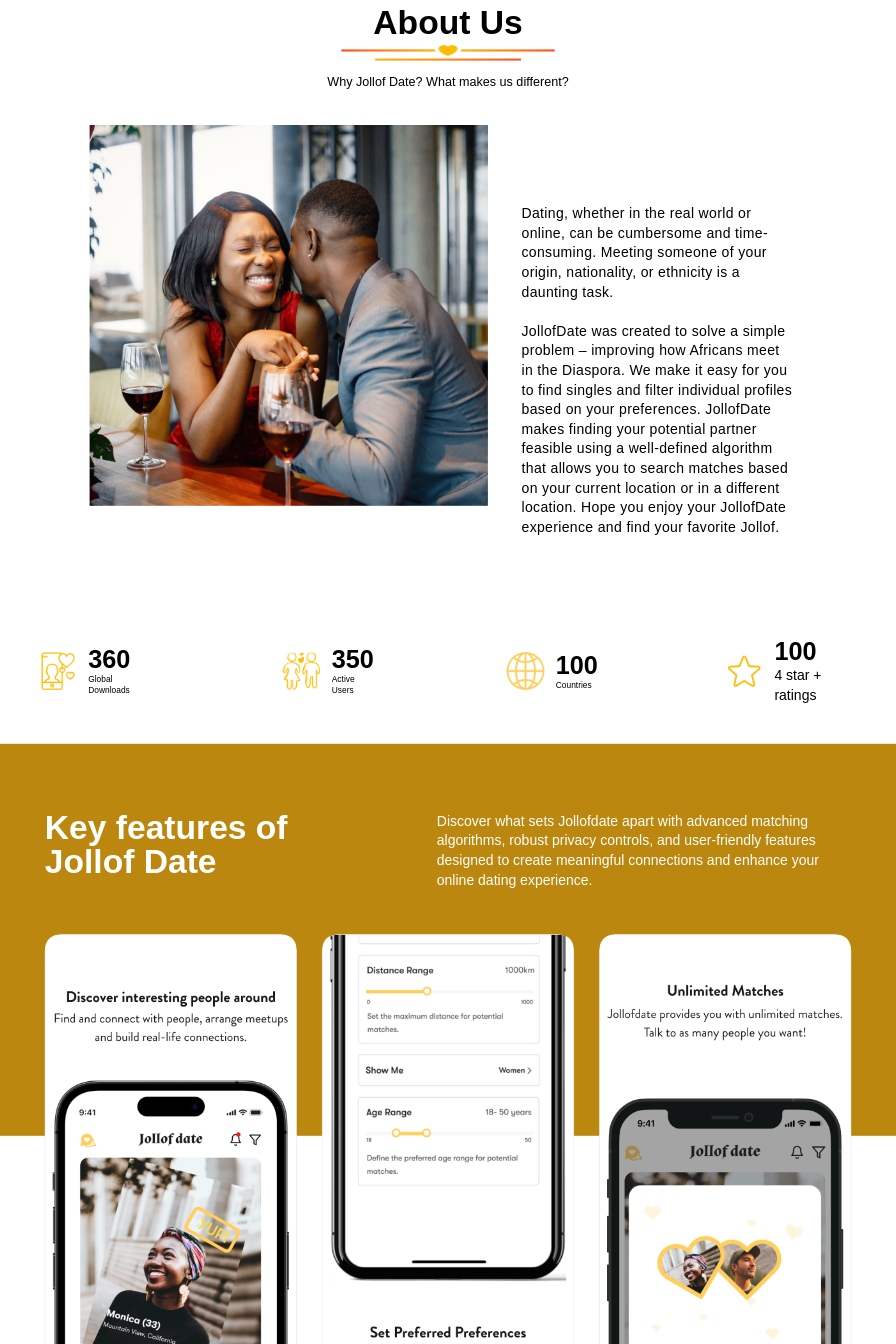
Repository: FarhanNasiru/jollofdate-frontend
Page: /
These files come from the project's save history. The page is drawn as it stood at one moment and after the next save; the edit follows.
The browser window is 1280 px wide. The pictures show the part of the page from y = 1071 to 2991 px (the page is 7448 px tall), at 70% of full size.
Some web fonts or font styles are not loaded; a fallback is used. The project was rebuilt for these pictures with package versions that can differ from the ones it lists, and the page was loaded fresh each time. Also part of the build but not shown: vite.config.js, src/Pages/Footer2.jsx, src/components/Header2.jsx, src/Pages/privacy.jsx, src/Pages/Term.jsx.

Above is the page before, as saved 2024-08-20 09:42:06.

After the next save:
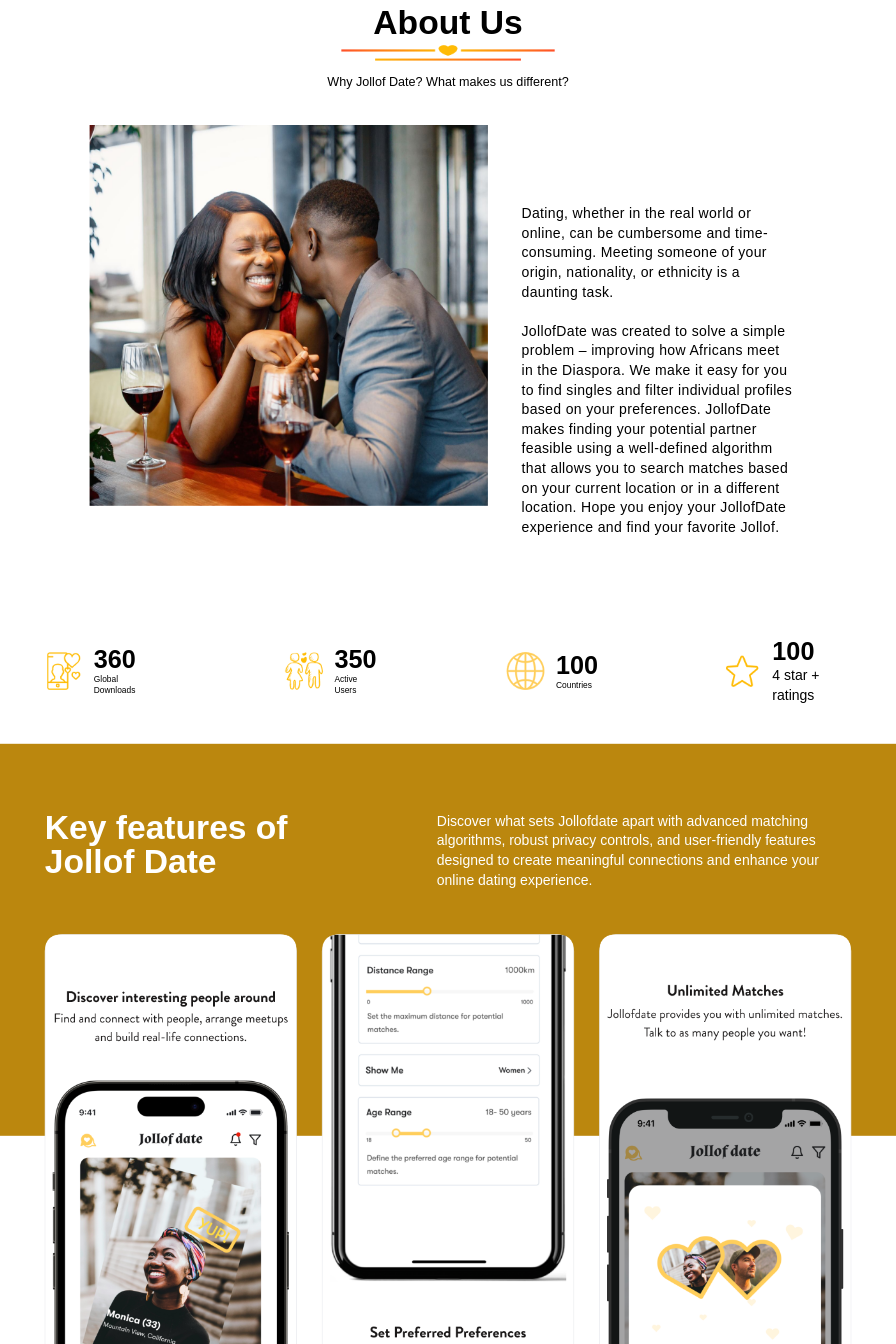
Saved 39 s later.
--- a/src/components/Aboutus.jsx
+++ b/src/components/Aboutus.jsx
@@ -38,7 +38,7 @@
             </div>
           </div>
         </div>
-        <div className="flex flex-col md:flex-row justify-center items-center space-y-12 md:space-y-0 md:space-x-20 lg:space-x-48 px-14 pb-14">
+        <div className="flex flex-col md:flex-row justify-center items-center space-y-12 md:space-y-0 md:space-x-20 lg:space-x-48 px-16 pb-14">
           <div className="flex items-center">
             <img src="/Images/person.png" alt="Person Icon" className="mr-4" />
             <div className="text-center md:text-left">
